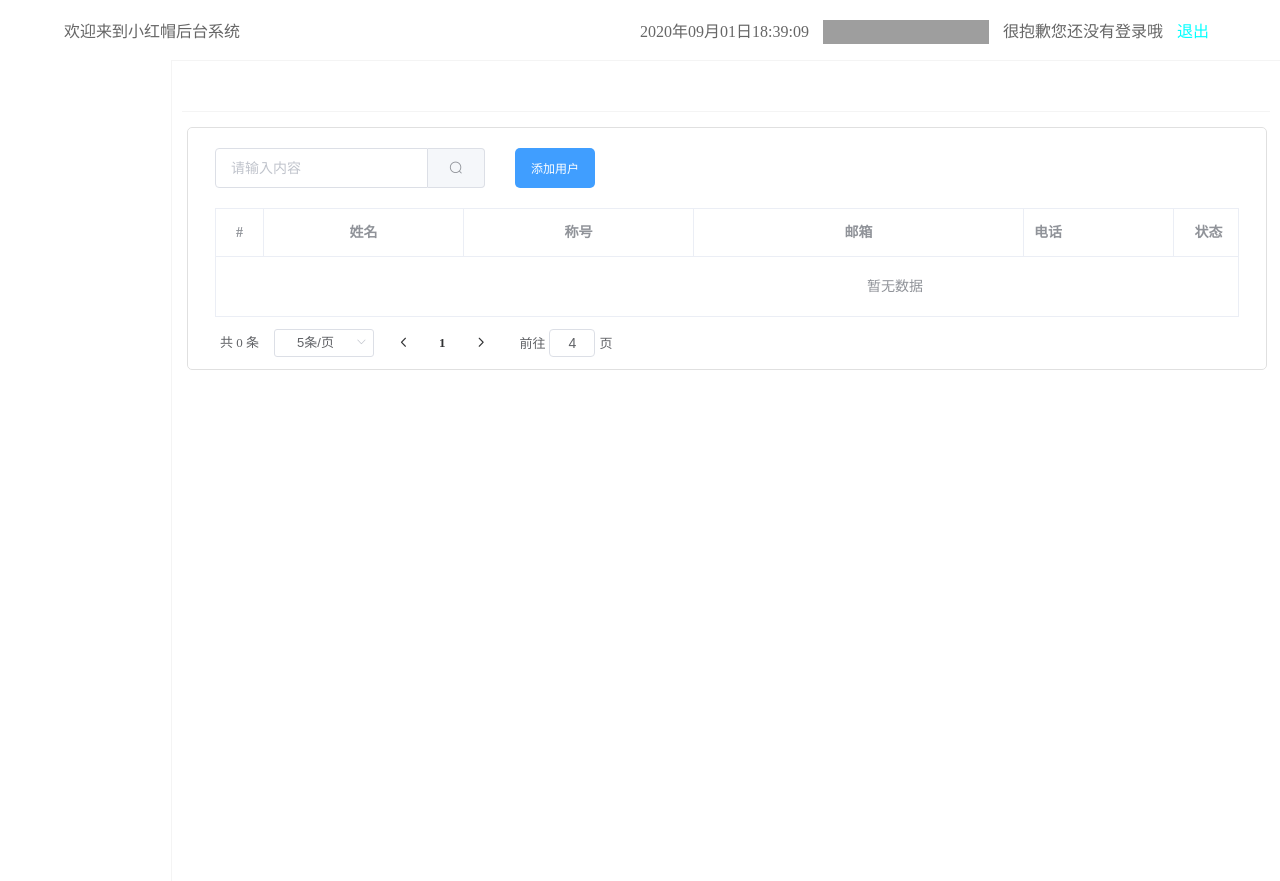
Repository: jinggegeZ/whitesystem
Page: /users/users
These files come from the project's save history. The page is drawn as it stood at one moment and after the next save; the edit follows.
The browser window is 1280 px wide. The pictures show the whole page.
Pictures or frames that could not be fetched are drawn as grey boxes. The page's requests for data from a server got no answer. The project was rebuilt for these pictures with package versions that can differ from the ones it lists, and the page was loaded fresh each time. No one was signed in, and anything a server would have sent is missing. Also part of the build but not shown: vue.config.js, src/views/Home.vue.

Above is the page before, as saved 2020-09-02 12:55:03.

### public/index.html
<!DOCTYPE html>
<html lang="en">
  <head>
    <meta charset="utf-8">
    <meta http-equiv="X-UA-Compatible" content="IE=edge">
    <meta name="viewport" content="width=device-width,initial-scale=1.0">
    <link rel="icon" href="<%= BASE_URL %>favicon.ico">
    <title><%= htmlWebpackPlugin.options.title %></title>
  </head>
  <body>
    <noscript>
      <strong>We're sorry but <%= htmlWebpackPlugin.options.title %> doesn't work properly without JavaScript enabled. Please enable it to continue.</strong>
    </noscript>
    <div id="app"></div>
    <!-- built files will be auto injected -->

     <!--[if lte IE 9]>
    <div style='position:absolute; top: 50%; left:50%; margin-top: -50px;margin-left: -400px; align-items: center;justify-content: center;'>
      <div style='width: 800px; height: 100px;text-align: center'>
        <h1>
        您的浏览器版本过低 请下载最新的谷歌浏览器
      </h1>
      <div style='text-align: center;width: 800px'>
        <a href=''>下载谷歌浏览器点此链接</a>
      </div>
      </div>
    </div>
  <![endif]-->
  </body>

</html>

### src/App.vue
<template>
  <div id="app">
    <router-view />
  </div>
</template>

<style lang="scss">
@import '../src/style/style'
</style>

### src/views/layout1/layout.vue
<template>
  <div class="layout-homebox">
    <div class="layout-topbox">
      <topbox></topbox>
    </div>
    <div class="layout-navbox">
      <div class="layout-leftbox">
        <leftbox></leftbox>
      </div>
      <div class="layout-sonbox">
      <used></used>
        <div class="layout-sonbox-box">
          <template>
            <router-view />
          </template>
        </div>
      </div>
    </div>
  </div>
</template>

<script>
import topbox from "../../components/topbox/topbox";
import leftbox from "../../components/leftbox/leftbox";
import used from "../../components/used/used"
export default {
  name: "",
  props: {},
  components: {
    topbox,
    leftbox,
    used
  },
  data() {
    return {};
  },
  methods: {},
  mounted() {},
  watch: {},
  computed: {}
};
</script>

<style scoped lang='scss'>
</style>

### src/views/userList/UserList.vue
<template>
  <div class="UserListbox">
    <div class="userListbox">
      <div class="userListbox-serach">
        <div class="userListbox-serach1">
          <div>
            <el-input placeholder="请输入内容" v-model="keyword" class="input-with-select">
              <el-button slot="append" icon="el-icon-search"></el-button>
            </el-input>
          </div>
          <div class="adduser" @click="opendiolog">添加用户</div>
           <template>
                  <el-dialog
                    title="添加用户"
                    :visible.sync="dialogVisible1"
                    width="30%"
                    :before-close="handleClose1"
                  >
                    <span>
                      <el-form
                        :label-position="labelPosition"
                        label-width="80px"
                        :model="formLabelAlign1"
                        :rules="rules"

                      >
                        <el-form-item label="用户姓名" prop="name" >
                          <el-input v-model="formLabelAlign1.name"></el-input>
                        </el-form-item>
                        <el-form-item label="用户密码" prop="password"  >
                          <el-input type="password" v-model="formLabelAlign1.password"></el-input>
                        </el-form-item>
                        <el-form-item label="邮箱" prop="email"  >
                          <el-input v-model="formLabelAlign1.email"></el-input>
                        </el-form-item>
                        <el-form-item label="电话" prop="mobile"  >
                          <el-input v-model="formLabelAlign1.mobile"></el-input>
                        </el-form-item>

                      </el-form>
                    </span>
                    <span slot="footer" class="dialog-footer">
                      <el-button @click="dialogVisible1 = false">取 消</el-button>
                      <el-button type="primary" @click="addUser">确 定</el-button>
                    </span>
                  </el-dialog>
                </template>
        </div>
      </div>
      <div class="userListbox-nav">
        <!-- 用户表格 -->
        <div class="list_b">
          <el-table :data="userList" border stripe style="width: 100%">
            <!-- 下标 -->
            <el-table-column label="#" type="index" :index="indexMethod" align="center"></el-table-column>
            <!-- 下标 -->
            <el-table-column prop="username" label="姓名" width="200" align="center"></el-table-column>
            <!-- 姓名 -->
            <el-table-column prop="role_name" label="称号" width="230" align="center"></el-table-column>
            <!-- 角色 -->
            <el-table-column prop="email" label="邮箱" width="330" align="center"></el-table-column>
            <!-- 电话 -->
            <el-table-column prop="mobile" label="电话" align="left" width="150"></el-table-column>
            <!-- 状态 -->
            <el-table-column label="状态" width="70" align="center">
              <template slot-scope="scope">
                <el-switch v-model="scope.row.mg_state" @change="change(scope.row)"></el-switch>
              </template>
            </el-table-column>
            <!-- 操作 -->
            <el-table-column label="操作" width="330">
              <template slot-scope="scope">
                <el-tooltip class="item" effect="dark" content="编辑角色" placement="top">
                  <el-button
                    size="mini"
                    type="primary"
                    icon="el-icon-edit"
                    @click="handleEdit(scope.$index, scope.row)"
                  ></el-button>
                </el-tooltip>
                <template>
                  <el-dialog
                    title="编辑信息"
                    :visible.sync="dialogVisible"
                    width="30%"
                    :before-close="handleClose"
                  >
                    <span>
                      <el-form
                        :label-position="labelPosition"
                        label-width="80px"
                        :model="formLabelAlign"
                      >
                        <el-form-item label="用户名" disabled>
                          <el-input v-model="formLabelAlign.name"></el-input>
                        </el-form-item>
                        <el-form-item label="邮箱" prop="email">
                          <el-input v-model="formLabelAlign.email"></el-input>
                        </el-form-item>
                        <el-form-item label="电话" prop="mobile">
                          <el-input v-model="formLabelAlign.mobile"></el-input>
                        </el-form-item>
                      </el-form>
                    </span>
                    <span slot="footer" class="dialog-footer">
                      <el-button @click="dialogVisible = false">取 消</el-button>
                      <el-button type="primary" @click="changemsg">确 定</el-button>
                    </span>
                  </el-dialog>
                </template>
                <el-tooltip class="item" effect="dark" content="删除角色" placement="top">
                  <el-button
                    size="mini"
                    type="danger"
                    icon="el-icon-delete"
                    @click="handleDelete(scope.$index, scope.row)"
                  ></el-button>
                </el-tooltip>
                <el-tooltip class="item" effect="dark" content="分配角色" placement="top">
                  <el-button
                    size="mini"
                    type="warning"
                    icon="el-icon-setting"
                    @click="handleshare(scope.$index, scope.row)"
                  ></el-button>
                </el-tooltip>
                <template>
                  <el-dialog
                    title="编辑信息"
                    :visible.sync="dialogVisible2"
                    width="30%"
                    :before-close="handleClose"
                  >
                    <span>
                    123
                    </span>
                    <span slot="footer" class="dialog-footer">
                      <el-button @click="dialogVisible2 = false">取 消</el-button>
                      <el-button type="primary" @click="dialogVisible2 = false">确 定</el-button>
                    </span>
                  </el-dialog>
                </template>
              </template>
            </el-table-column>
          </el-table>
          <!-- 分页 -->
          <div class="fenye">
            <el-pagination
              @size-change="handleSizeChange"
              @current-change="handleCurrentChange"
              :current-page="currentPage4"
              :page-sizes="[5, 10,15, 20]"
              :page-size="5"
              layout="total, sizes, prev, pager, next, jumper"
              :total="total"
            ></el-pagination>
          </div>
        </div>
      </div>
    </div>
  </div>
</template>

<script>
import { createNamespacedHelpers } from "vuex";
const userModule = createNamespacedHelpers("user");
const { mapState, mapActions } = userModule;
export default {
  name: "UserList",
  props: {},
  components: {},
  data() {
    return {
      keyword: "",
      pagenum: 1,
      pagesize: 5,
      query: "",
      id: "",
      value: true,
      currentPage4: 4,
      tableData: [],
      dialogVisible: false,
      dialogVisible1:false,
      dialogVisible2:false,
      labelPosition: "right",
      formLabelAlign: {
        name: "",
        email: "",
        mobile: ""
      },
      formLabelAlign1: {
        name: "",
        password:"",
        email: "",
        mobile: ""
      },
      rules: {
        name: [
          { required: true, message: "请输入用户名", trigger: "change" },
          {

            message: "用户名不能为空",
            trigger: ["blur", "change"]
          }
        ],
        password: [
          { required: true, message: "请输入邮箱地址", trigger: "change" },
          {
            min:"6",
            message: "密码至少为6位",
            trigger: ["blur", "change"]
          }
        ],
        email: [
          { required: false, message: "请输入邮箱地址", trigger: "change" },
          {
            type: "email",
            message: "请输入正确的邮箱地址",
            trigger: ["blur", "change"]
          }
        ],
        mobile: [
          { required: false, message: "请输入电话", trigger: "change" },
          {
           min:"11",
           max:'11',
            message: "请输入正确的手机号码",
            trigger: ["blur", "change"]
          }
        ]
      }
    };
  },
  methods: {
    //展开符运算
    ...mapActions(["getusers", "deleteUser", "changUsertype","addUsers","changeusermsg"]),
    // 分页
    handleSizeChange(val) {

      this.$store.dispatch("user/getusers", {
        pagenum: this.pagenum,
        pagesize: val,
        query: this.query
      });
    },
    handleCurrentChange(val) {
      this.pagenum = val;
      this.$store.dispatch("user/getusers", {
        pagenum: val,
        pagesize: this.pagesize,
        query: this.query
      });
    },
    //表格
    handleEdit(index, row) {
      console.log(index, row);
      //打开diolog
      this.dialogVisible = true;
      this.formLabelAlign.name = row.username
      this.formLabelAlign.email = row.email
      this.formLabelAlign.mobile = row.mobile
      this.id = row.id
    },
    changemsg(){
      this.dialogVisible = false
      //编辑用户请求
      this.changeusermsg({
        id: this.id,
        email: this.formLabelAlign.email,
        mobile: this.formLabelAlign.mobile,
         pagenum: this.pagenum,
        pagesize: this.pagesize,
        query: this.query
      })
    },
    handleClose(done) {
      this.$confirm("确认关闭？")
        .then(() => {
          done();
          this.formLabelAlign.name = "";
          this.formLabelAlign.email = "";
          this.formLabelAlign.email = "";
        })
        .catch(() => {});
    },
    //删除
    handleDelete(index, row) {
      console.log(index, row);
      this.deleteUser({
        id: row.id,
        pagenum: this.pagenum,
        pagesize: this.pagesize,
        query: this.query
      });
    },
    //分配角色
    handleshare(index, row){
       console.log(index, row);
       this.dialogVisible2 = true
    },
    //修改状态
    change(e) {
      console.log(e);
      this.changUsertype({
        uId: e.id,
        type: e.mg_state,
        pagenum: this.pagenum,
        pagesize: this.pagesize,
        query: this.query
      });
    },
    //打开弹框
    opendiolog(){
      this.dialogVisible1 = true
    },
    //添加用户
    addUser(){

      this.dialogVisible1 = false
      this.addUsers({
        username:this.formLabelAlign1.name,
        password:this.formLabelAlign1.password,
        email:this.formLabelAlign1.email,
        mobile:this.formLabelAlign1.mobile,
         pagenum: this.pagenum,
        pagesize: this.pagesize,
        query: this.query
      })
    },
     handleClose1(done) {
      this.$confirm("确认关闭？")
        .then(() => {
          done();
          this.formLabelAlign.name = "";
          this.formLabelAlign.email = "";
          this.formLabelAlign.email = "";
        })
        .catch(() => {});
    },
    //获取下标
    indexMethod(index) {
      return index * 1;
    },
    //获取用户列表
    getuserlist() {
      this.$store.dispatch("user/getusers", {
        pagenum: this.pagenum,
        pagesize: this.pagesize,
        query: this.query
      });
      // console.log(this.tableData );
    }
  },
  mounted() {
    this.getuserlist();
  },
  watch: {},
  computed: {
    ...mapState(["userList", "total"])
  }
};
</script>

<style scoped lang='scss'>
.UserListbox {
  padding: 5px;
}
.userListbox {
  width: 100%;
  border: 1px solid rgb(224, 224, 224);
  border-radius: 5px;
}
.list_b {
  width: 95%;
  height: 95%;
}
.userListbox-nav {
  width: 100%;
  display: flex;
  justify-content: center;
  align-items: center;
}
.userListbox-serach {
  width: 100%;
  height: 80px;
  display: flex;
  align-items: center;
  justify-content: center;
}
.userListbox-serach1 {
  width: 95%;
  display: flex;
  align-items: center;
}
.serachbox {
  width: 47px;
  height: 39px;
  display: flex;
  justify-content: center;
  align-items: center;
}

.adduser {
  width: 80px;
  height: 40px;
  display: flex;
  justify-content: center;
  align-items: center;
  color: white;
  font-size: 12px;
  background: rgb(64, 158, 255);
  margin-left: 30px;
  border-radius: 5px;
}
.fenye {
  margin-top: 10px;
  margin-bottom: 10px;
}
</style>

### src/components/topbox/topbox.vue
<template>
  <div>
    <div class="top-Box">
      <div class="top-box">
        <div class="top-box-left">欢迎来到小红帽后台系统</div>
        <div class="top-box-right">
          <div>{{ nowDate }}{{ nowTime }}</div>
          <div class="weather"><iframe scrolling="no" src="https://tianqiapi.com/api.php?style=tf&skin=cherry" frameborder="0" width="400" height="24" allowtransparency="true"></iframe></div>
          <div v-if="this.adminUser">亲爱的：{{adminUser.username}}</div>
          <div v-else>很抱歉您还没有登录哦</div>
          <div @click="logout" class="logout">退出</div>
        </div>
      </div>
    </div>
  </div>
</template>
<script>
export default {
  name: "",
  props: {},
  components: {},
  data() {
    return {
      nowDate: null, //存放年月日变量
      nowTime: null, //存放时分秒变量
      timer: "", //定义一个定时器的变量
      currentTime: new Date(), // 获取当前时间
      adminUser:[], //获取用户信息
      adminToken:"", //获取令牌
    };
  },
  methods: {
    //获取时间
    getTime() {
      const date = new Date();
      const year = date.getFullYear();
      const month = date.getMonth() + 1;
      const day = date.getDate();
      const hour = date.getHours();
      const minute = date.getMinutes();
      const second = date.getSeconds();
      this.month = check(month);
      this.day = check(day);
      this.hour = check(hour);
      this.minute = check(minute);
      this.second = check(second);
      function check(i) {
        const num = i < 10 ? "0" + i : i;
        return num;
      }
      this.nowDate = year + "年" + this.month + "月" + this.day + "日";
      this.nowTime =
        this.hour + ":" + this.minute + ":" + this.second ;
    },
    //退出登录
    logout(){
      localStorage.removeItem('adminUser')
      this.$router.push('/login')
    },

  },
  mounted() {
    //获取时间
    this.timer = setInterval(this.getTime, 1000);
    //获取个人信息
    this.adminUser = JSON.parse(localStorage.getItem('adminUser'))
    this.adminToken = localStorage.getItem('adminToken')




  },
  beforeDestroy() {
    if (this.timer) {
      clearInterval(this.timer); // 在Vue实例销毁前，清除定时器
    }

  },
  watch: {},
  computed: {

  }
};
</script>

<style scoped lang='scss'>
</style>

### src/components/leftbox/leftbox.vue
<template>
  <div>
    <el-menu :default-active="$route.path" unique-opened router>
      <template v-for="item in menus">
        <el-submenu :index="item.path" :key="item.id" v-if="item.children">
          <template slot="title">
            <i :class="item.icon"></i>
            <span>{{ item.authName }}</span>
          </template>
          <el-menu-item-group>
            <el-menu-item
              :index="children.path"
              v-for="children in item.children"
              :key="children.path"
            >
              <i :class="children.icon"></i>
              <span
                slot="title"
                @click="chose(children.path, children.authName)"
              >{{ children.authName }}</span>
            </el-menu-item>
          </el-menu-item-group>
        </el-submenu>
        <el-menu-item :index="item.path" :key="item.path" v-else>
          <span slot="title">{{ item.authName }}</span>
        </el-menu-item>
      </template>
    </el-menu>
  </div>
</template>

<script>
import { createNamespacedHelpers } from "vuex";
const userModule = createNamespacedHelpers("user");
const { mapState: userState, mapActions: userActions } = userModule;
export default {
  name: "",
  props: {},
  components: {},
  data() {
    return {
      activeIndex: "/index",
      addresslist: []
    };
  },
  methods: {
    ...userActions(["getMenus"]),
    //选择子元素
    chose(path, name) {
      console.log(path, name);
      let arr = JSON.parse(localStorage.getItem("uesdTabs"));
      if (arr) {
        // 去重
        let length = arr.filter(item => {
          return item.path === path;
        }).length;

        if (length === 0) {
          arr.push({
            path: path,
            name: name
          });
        }
      } else {
        arr = [];
        arr.push({
          path: path,
          name: name
        });
      }
      localStorage.setItem("uesdTabs", JSON.stringify(arr));
    }
  },
  mounted() {
    this.getMenus();
  },
  watch: {},
  computed: {
    ...userState(["menus"])
  }
};
</script>

<style scoped lang='scss'>
</style>

### src/components/used/used.vue
<template>
  <div>
    <div class="layout-sonbox-top" >
      <div class="layout-sonbox-top-item" v-for="item in Tabs" :key="item.path">
        <span class="vis">●</span> <span class="layout-sonbox-top-item2">{{item.name}}</span><span class="vis" @click="deletes(item)">X</span>
      </div>
    </div>
  </div>
</template>

<script>
export default {
  name: "used",
  props: {},
  components: {},
  data() {
    return {
      Tabs: []
    };
  },
  methods: {
    //获取local
    getlocal(){
      if (localStorage.getItem("uesdTabs")) {
      this.Tabs = JSON.parse(localStorage.getItem("uesdTabs"))
      // console.log(this.Tabs);
    }
    },
    //删除元素
    deletes(item){
      console.log(item);
    }
  },
  mounted() {
  this.getlocal()
  },
  watch: {
        // 监听路由跳转
    "$route.path": {
      handler(val) {
        this.getlocal();
        console.log("菜单：", val);
        this.currentPath = val; //val是路由跳转的path
      },
      immediate: true, //立即执行
    },
  },
  computed: {

  }
};
</script>

<style scoped lang='scss'>
</style>

Loaded but not shown: src/store/user/user.js (195 lines, source omitted); src/router/index.js (183 lines, source omitted); src/store/order/order.js (57 lines, source omitted); src/http/api.js (52 lines, source omitted); src/http/index.js (66 lines, source omitted); src/main.js (20 lines, source omitted); src/store/index.js (16 lines, source omitted); src/bus/index.js (3 lines, source omitted); src/style/style.css (222 lines, source omitted)

After the next save:
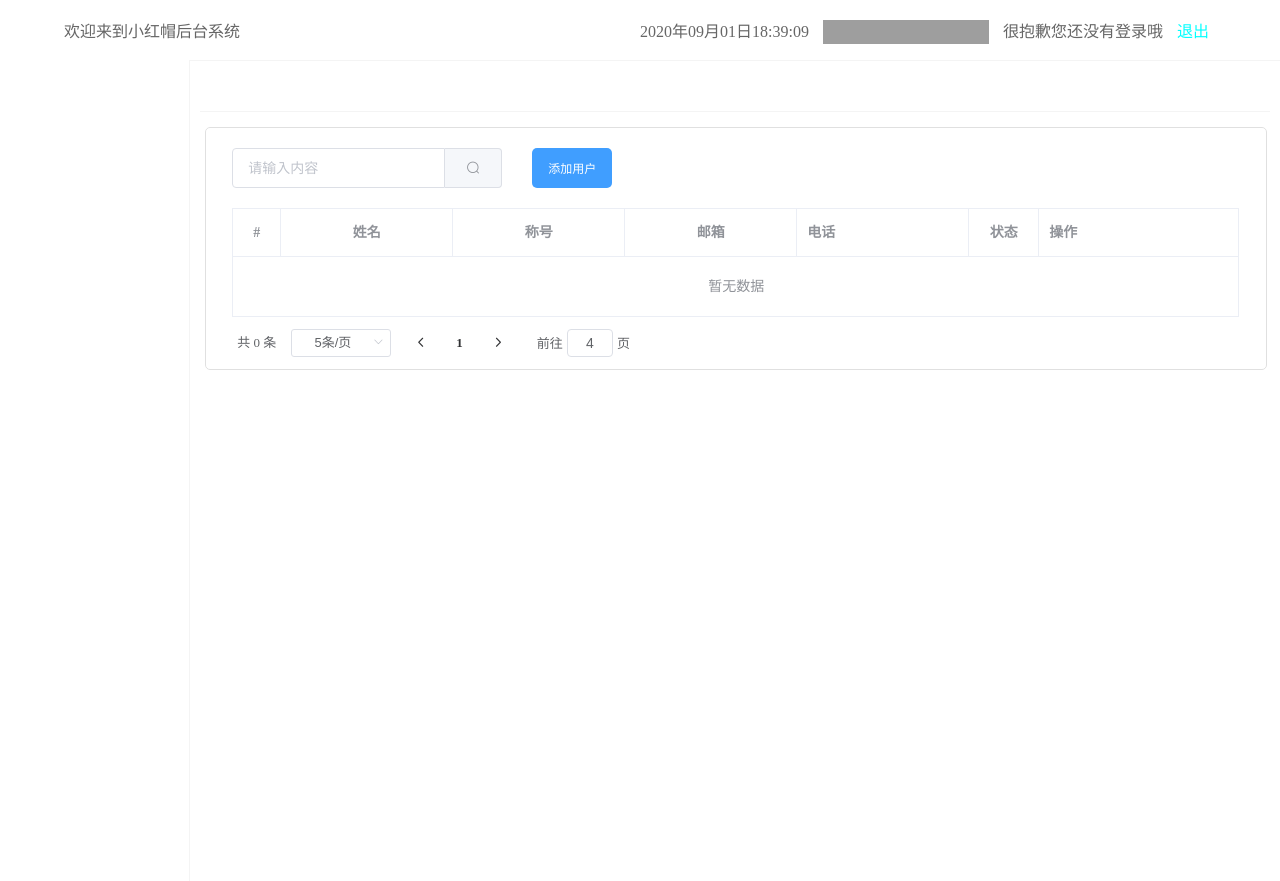
Saved 56 s later.
--- a/src/views/userList/UserList.vue
+++ b/src/views/userList/UserList.vue
@@ -54,13 +54,13 @@
             <!-- 下标 -->
             <el-table-column label="#" type="index" :index="indexMethod" align="center"></el-table-column>
             <!-- 下标 -->
-            <el-table-column prop="username" label="姓名" width="200" align="center"></el-table-column>
+            <el-table-column prop="username" label="姓名"  align="center"></el-table-column>
             <!-- 姓名 -->
-            <el-table-column prop="role_name" label="称号" width="230" align="center"></el-table-column>
+            <el-table-column prop="role_name" label="称号"  align="center"></el-table-column>
             <!-- 角色 -->
-            <el-table-column prop="email" label="邮箱" width="330" align="center"></el-table-column>
+            <el-table-column prop="email" label="邮箱"  align="center"></el-table-column>
             <!-- 电话 -->
-            <el-table-column prop="mobile" label="电话" align="left" width="150"></el-table-column>
+            <el-table-column prop="mobile" label="电话" align="left" ></el-table-column>
             <!-- 状态 -->
             <el-table-column label="状态" width="70" align="center">
               <template slot-scope="scope">
@@ -68,7 +68,7 @@
               </template>
             </el-table-column>
             <!-- 操作 -->
-            <el-table-column label="操作" width="330">
+            <el-table-column label="操作" width="200">
               <template slot-scope="scope">
                 <el-tooltip class="item" effect="dark" content="编辑角色" placement="top">
                   <el-button
